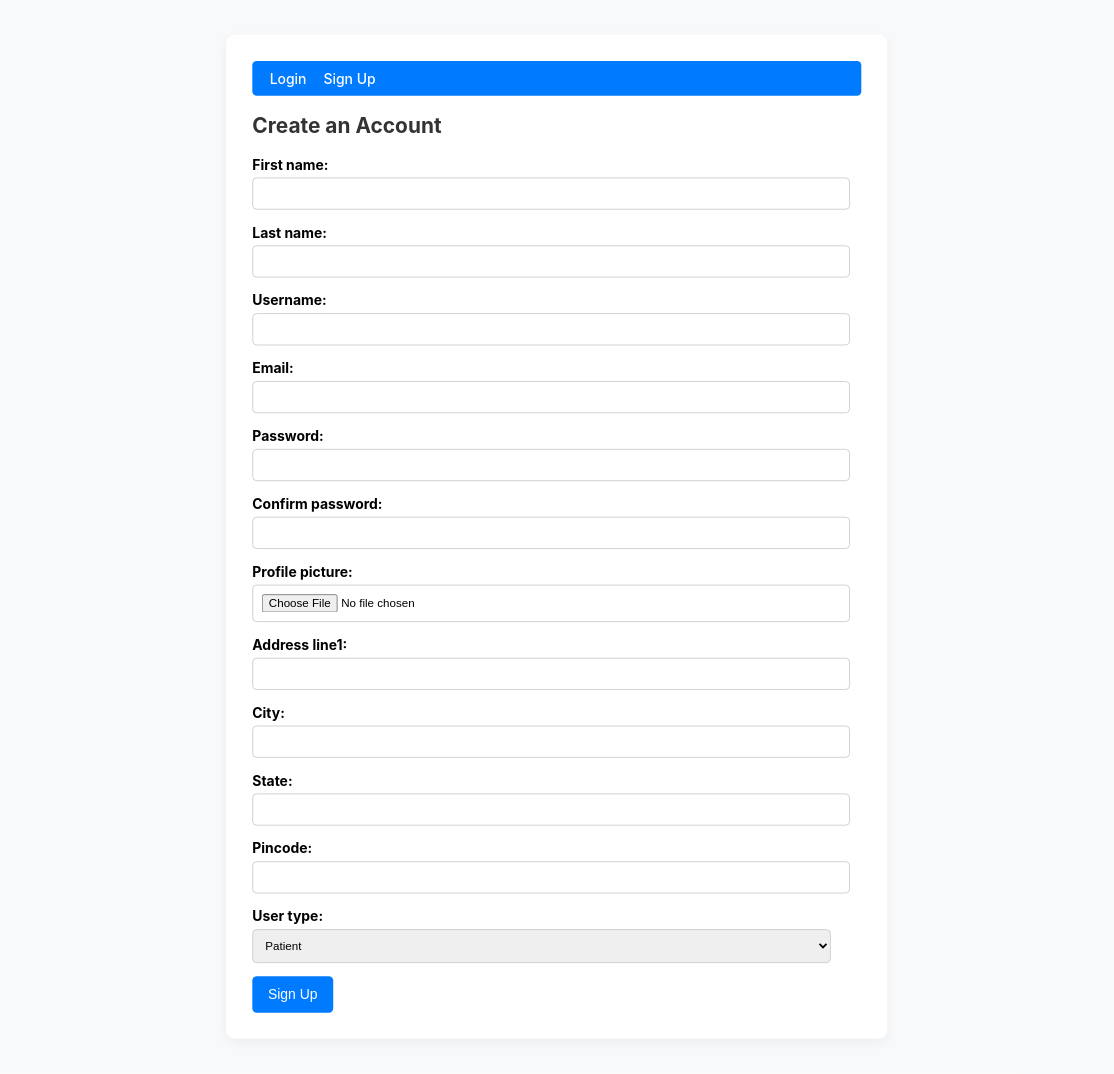
Repository: Syed1818/banaoprojects
Page: http://localhost/signup/
An editor plug-in stored every save of this project. The page is shown before and after the next save, followed by the edit.
The browser window is 1280 px wide. The pictures show the whole page, at 87% of full size.
The page is served by the project's application, run on Django 3.2 (manage.py).

Above is the page before, as saved 2025-10-22 12:23:58.

After the next save:
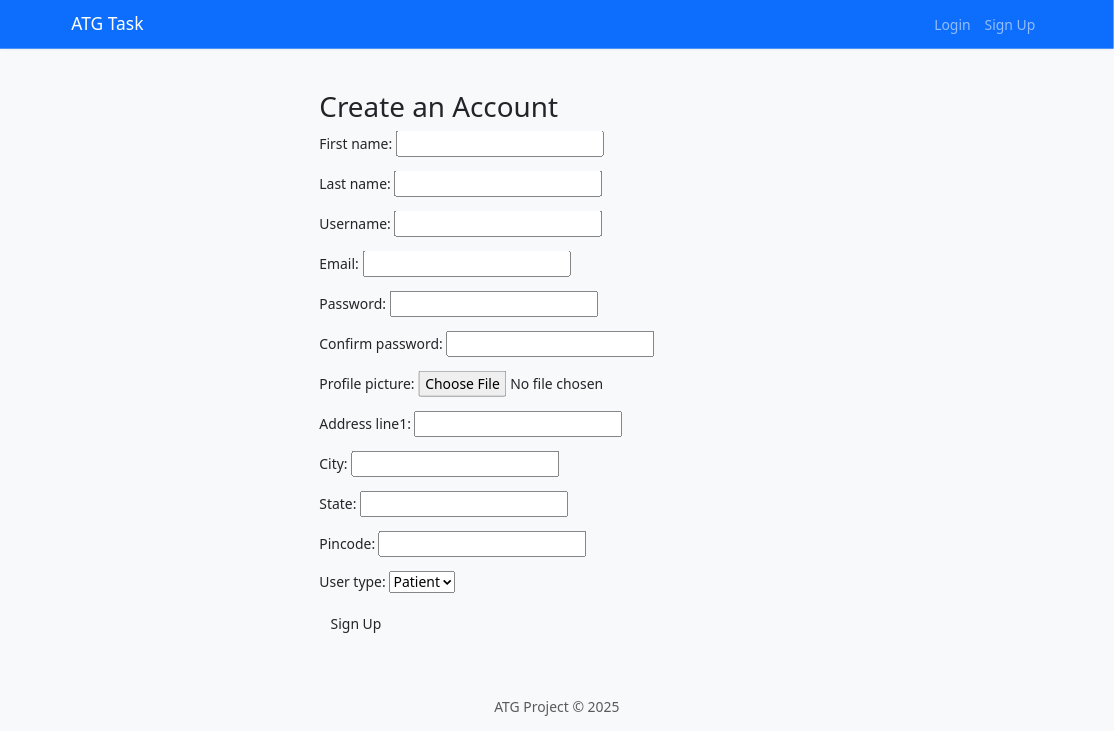
Saved 3 min 47 s later.
--- a/users/templates/users/base.html
+++ b/users/templates/users/base.html
@@ -4,40 +4,63 @@
     <meta charset="UTF-8">
     <meta name="viewport" content="width=device-width, initial-scale=1.0">
     <title>ATG Task</title>
+
+    <link href="https://cdn.jsdelivr.net/npm/bootstrap@5.3.3/dist/css/bootstrap.min.css" rel="stylesheet" integrity="sha384-QWTKZyjpPEjISv5WaRU9OFeRpok6YctnYmDr5pNlyT2bRjXh0JMhjY6hW+ALEwIH" crossorigin="anonymous">
+
     <style>
-        body { font-family: -apple-system, BlinkMacSystemFont, "Segoe UI", Roboto, "Helvetica Neue", Arial, sans-serif; margin: 0; padding: 20px; background-color: #f8f9fa; }
-        .container { max-width: 700px; margin: 20px auto; padding: 30px; background: #fff; border-radius: 10px; box-shadow: 0 4px 12px rgba(0,0,0,0.05); }
-        nav { background: #007bff; padding: 10px 20px; border-radius: 5px; margin-bottom: 20px; }
-        nav a { color: white; text-decoration: none; margin-right: 15px; font-weight: 500; }
-        nav a.logout { float: right; background: #dc3545; padding: 5px 10px; border-radius: 4px; }
-        h2 { color: #333; }
-        form p { margin-bottom: 15px; }
-        form label { display: block; margin-bottom: 5px; font-weight: bold; }
-        form input[type="text"], form input[type="email"], form input[type="password"], form select, form input[type="file"] {
-            width: 95%; padding: 10px; border: 1px solid #ccc; border-radius: 5px;
+        /* A little extra style for a nice background */
+        body {
+            background-color: #f8f9fa;
         }
-        .errorlist { color: red; list-style-type: none; padding: 0; margin-top: 5px; }
-        .btn { background-color: #007bff; color: white; padding: 12px 18px; border: none; border-radius: 5px; cursor: pointer; text-decoration: none; font-size: 16px; }
-        .btn:hover { background-color: #0056b3; }
-        .profile-img { max-width: 150px; height: 150px; border-radius: 50%; object-fit: cover; border: 3px solid #eee; }
-        ul { list-style-type: none; padding-left: 0; }
-        li { margin-bottom: 10px; font-size: 1.1em; }
     </style>
 </head>
-<body>
-    <div class="container">
-        <nav>
-            {% if user.is_authenticated %}
-                <span>Hi, {{ user.first_name }}!</span>
-                <a href="{% url 'logout' %}" class="logout">Logout</a>
-            {% else %}
-                <a href="{% url 'login' %}">Login</a>
-                <a href="{% url 'signup' %}">Sign Up</a>
-            {% endif %}
-        </nav>
+<body class="d-flex flex-column min-vh-100">
 
-        {% block content %}
-        {% endblock %}
+    <nav class="navbar navbar-expand-lg navbar-dark bg-primary shadow-sm">
+        <div class="container">
+            <a class="navbar-brand" href="/">ATG Task</a>
+            <button class="navbar-toggler" type="button" data-bs-toggle="collapse" data-bs-target="#navbarNav" aria-controls="navbarNav" aria-expanded="false" aria-label="Toggle navigation">
+                <span class="navbar-toggler-icon"></span>
+            </button>
+            <div class="collapse navbar-collapse" id="navbarNav">
+                <ul class="navbar-nav ms-auto">
+                    {% if user.is_authenticated %}
+                        <li class="nav-item">
+                            <span class="navbar-text me-3">
+                                Hi, {{ user.first_name }}!
+                            </span>
+                        </li>
+                        <li class="nav-item">
+                            <a class="btn btn-danger" href="{% url 'logout' %}">Logout</a>
+                        </li>
+                    {% else %}
+                        <li class="nav-item">
+                            <a class="nav-link" href="{% url 'login' %}">Login</a>
+                        </li>
+                        <li class="nav-item">
+                            <a class="nav-link" href="{% url 'signup' %}">Sign Up</a>
+                        </li>
+                    {% endif %}
+                </ul>
+            </div>
+        </div>
+    </nav>
+
+    <div class="container mt-5 mb-5">
+        <div class="row justify-content-center">
+            <div class="col-md-8 col-lg-6">
+                {% block content %}
+                {% endblock %}
+            </div>
+        </div>
     </div>
+
+    <footer class="mt-auto py-3 bg-light text-center">
+        <div class="container">
+            <span class="text-muted">ATG Project &copy; 2025</span>
+        </div>
+    </footer>
+
+    <script src="https://cdn.jsdelivr.net/npm/bootstrap@5.3.3/dist/js/bootstrap.bundle.min.js" integrity="sha384-YvpcrYf0tY3lHB60NNkmXc5s9fDVZLESaAA55NDzOxhy9GkcIdslK1eN7N6jIeHz" crossorigin="anonymous"></script>
 </body>
 </html>
